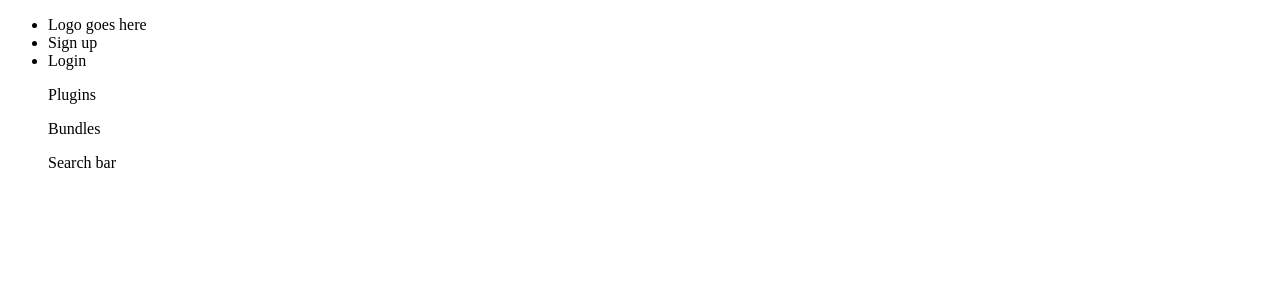
Repository: jigom11791/Wavez
Page: Wavez/Waves-Site/index.html
These files come from the project's save history. The page is drawn as it stood at one moment and after the next save; the edit follows.
The browser window is 1280 px wide. The pictures show the whole page.

Above is the page before, as saved 2020-10-30 17:09:49.

### Wavez/Waves-Site/index.html
<!DOCTYPE html>
<html>
<head>
    <title>Waves Price Tracker</title>

</head>
<body>
    <div id="container">

        <div id="header">
            <ul>
                <li class="left">Logo goes here</li>
                <li class="left">Sign up</li>
                <li class="right">Login</li>
            </ul>
        </div>

        <div id="nav-bar">
            <ul class="left">Plugins</ul>
            <ul class="left">Bundles</ul>
            <ul class="right">Search bar</ul>
        </div>


    </div>
</body>
</html>

After the next save:
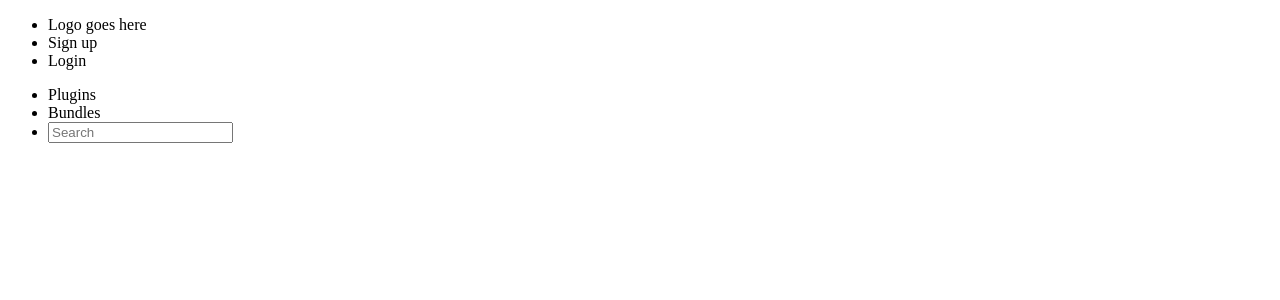
Saved 5 min 29 s later.
--- a/Wavez/Waves-Site/index.html
+++ b/Wavez/Waves-Site/index.html
@@ -15,11 +15,11 @@
             </ul>
         </div>
 
-        <div id="nav-bar">
-            <ul class="left">Plugins</ul>
-            <ul class="left">Bundles</ul>
-            <ul class="right">Search bar</ul>
-        </div>
+        <ul id="nav-bar">
+            <li class="left">Plugins</li>
+            <li class="left">Bundles</li>
+            <li class="right"><input type="text" placeholder="Search"></li>
+        </li>
 
 
     </div>
